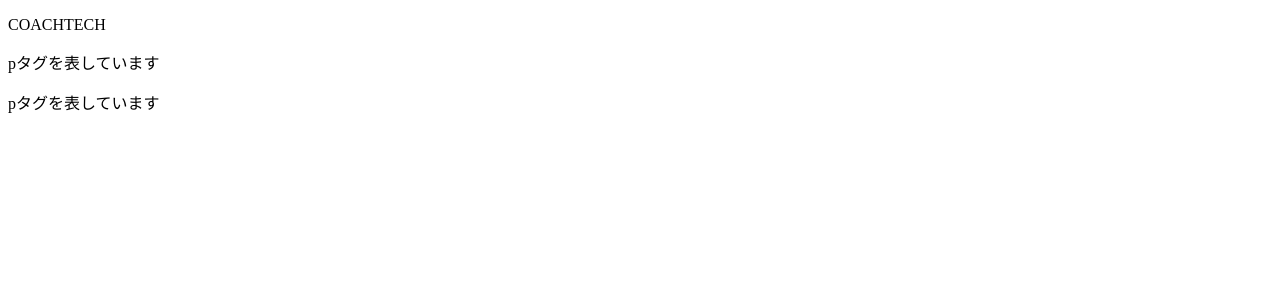
Repository: takahashigunma/20230430_takahashi_html
Page: coachtech/html-css/index.html
The author's editor kept a copy of each file at every save. The page is drawn from the files as they stood at one save, then again after the next save.
The browser window is 1280 px wide. The pictures show the whole page.

Above is the page before, as saved 2023-04-10 07:51:11.

### coachtech/html-css/index.html
<!DOCTYPE html>
<html lang="ja">

<head>
    <meta charset="UTF-8" />
    <meta name="viewport" content="width=device-width, initial-scale=1.0" />
    <title>COACHTECH</title>
</head>

<body>
    <p>COACHTECH</p>
    <p>pタグを表しています</p>
    <p>pタグを表しています</p>
</body>

</html>

After the next save:
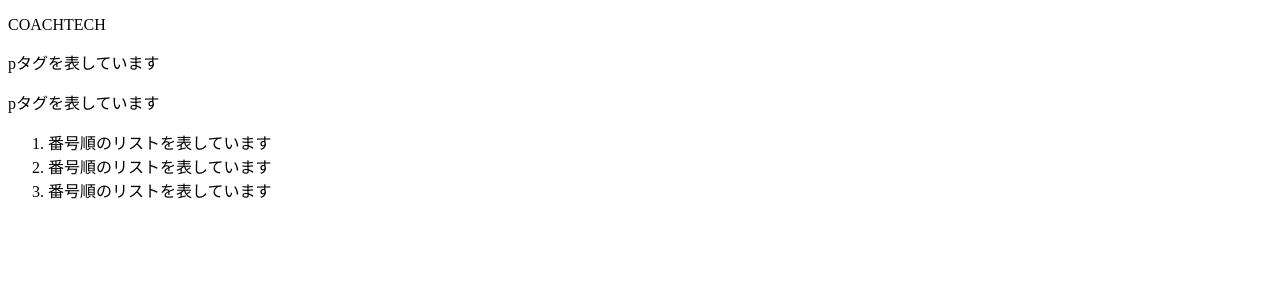
Saved 15 min 21 s later.
--- a/coachtech/html-css/index.html
+++ b/coachtech/html-css/index.html
@@ -11,6 +11,12 @@
     <p>COACHTECH</p>
     <p>pタグを表しています</p>
     <p>pタグを表しています</p>
+
+    <ol>
+        <li>番号順のリストを表しています</li>
+        <li>番号順のリストを表しています</li>
+        <li>番号順のリストを表しています</li>
+    </ol>
 </body>
 
 </html>
